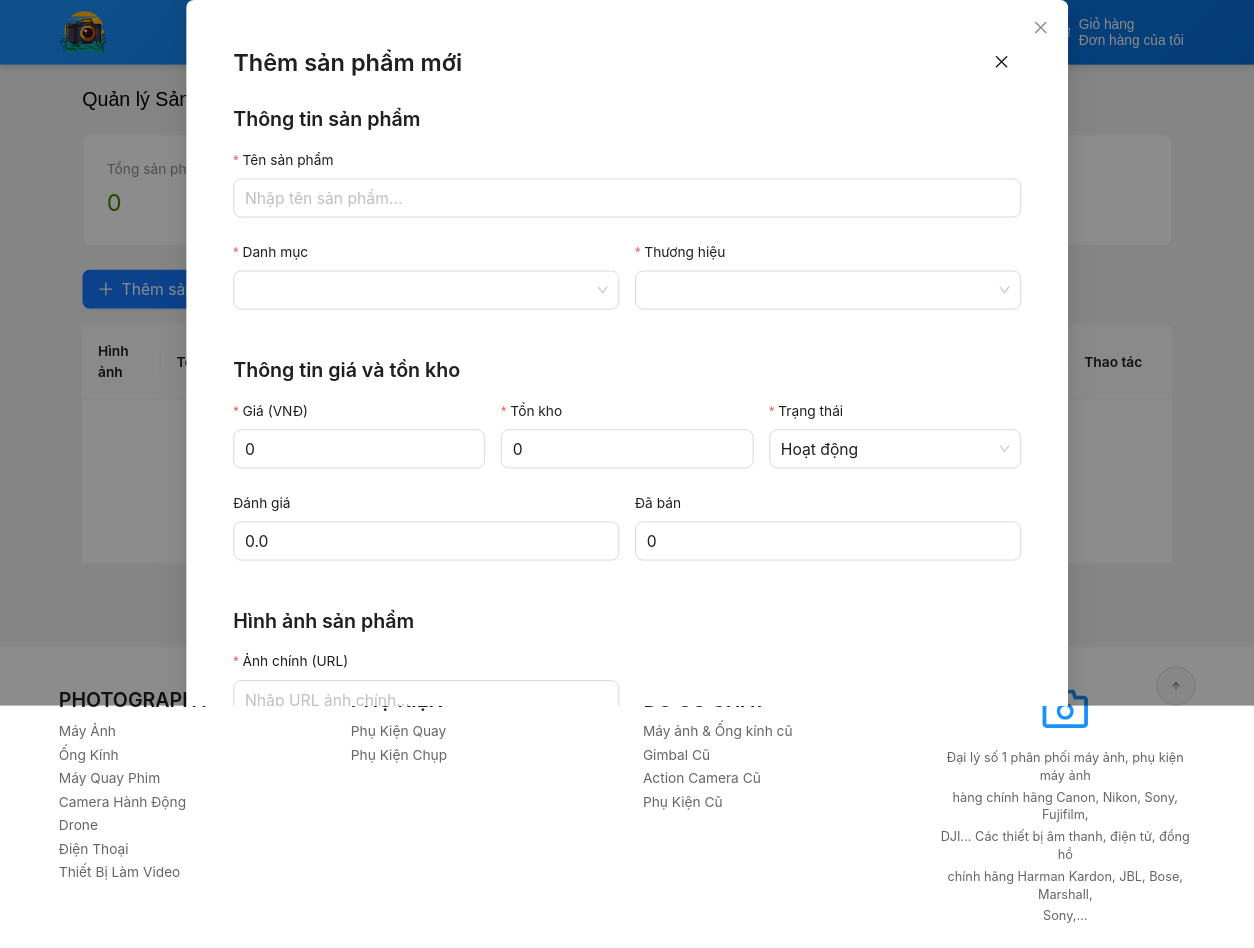
Repository: Drod110324/ThucTapVietNienLuan
Page: /admin/products, after clicking the first element matching `button.ant-btn-primary`
An editor plug-in stored every save of this project. The page is shown before and after the next save, followed by the edit.
The browser window is 1280 px wide. The pictures show the whole page, at 98% of full size.
The page's requests for data from a server got no answer. An inner scrolling area shows only its first screen. The project was rebuilt for these pictures with package versions that can differ from the ones it lists, and the page was loaded fresh each time. No one was signed in, and anything a server would have sent is missing. Also part of the build but not shown: vite.config.js, src/components/TypeProduct/TypeProduct.jsx, src/pages/Homepage/style.js, src/components/SliderComponent/style.js, src/components/SliderComponent/SliderComponent.jsx, src/components/CardComponent/style.js, src/components/CardComponent/CardComponent.jsx, src/components/NavBarComponent/style.js and 24 more.

Above is the page before, as saved 2025-08-22 17:16:04.

### src/main.jsx
import { createRoot } from 'react-dom/client'
import { Provider } from 'react-redux'
import { store } from './redux/store'
import 'antd/dist/reset.css'
import './index.css'
import App from './App.jsx'
import { Fragment } from 'react'
createRoot(document.getElementById('root')).render(
  <Provider store={store}>
    <App />
  </Provider>,
)
export default App;

### src/index.css
@import "slick-carousel/slick/slick.css";
@import "slick-carousel/slick/slick-theme.css";

body {
  background-color: #F2F2F2;
}

body{
    margin: 0;
    padding: 0;
    box-sizing: border-box;
}

html {
    font-size: 62.5%;
}

### src/App.jsx
import React from 'react'
import { BrowserRouter, Routes, Route } from 'react-router-dom'
import { routes } from './routes'
import DefaultComponent from './components/DefaultComponent/DefaultComponent.jsx'
import { Fragment } from 'react/jsx-runtime'
import { ProductProvider } from './context/ProductContext'
import { CartProvider } from './context/CartContext'
import ScrollToTop from './components/ScrollToTop/ScrollToTop'
function App() {
  return(
  <ProductProvider>
    <CartProvider>
      <BrowserRouter>
        <ScrollToTop />
        <div>
          <Routes>
            {routes.map((route) => {
              const Page = route.page
              const Default = route.isShowHeader ? DefaultComponent : Fragment
              return <Route path={route.path} element={<Default><Page /></Default>} key={route.path} />
            })}
          </Routes>
        </div>
      </BrowserRouter>
    </CartProvider>
  </ProductProvider>
  )
}
export default App;

### src/components/DefaultComponent/DefaultComponent.jsx
import React from 'react'
import HeaderComponent from '../HeaderComponent/HeaderComponent'
import FooterComponent from '../FooterComponent/FooterComponent'
export default function DefaultComponent({ children }) {
  return (
    <div>
        <HeaderComponent />
        <div style={{
          maxWidth: '1200px',
          margin: '0 auto',
          padding: '0 20px'
        }}>
          {children}
        </div>
        <FooterComponent />
    </div>
  )
}

### src/context/CartContext.jsx
import React, { useState, useEffect } from 'react';
import { CartContext } from './CartContextInstance';
export const CartProvider = ({ children }) => {
  const [cartItems, setCartItems] = useState([]);
  const [cartCount, setCartCount] = useState(0);
  useEffect(() => {
    const savedCart = localStorage.getItem('cart');
    if (savedCart) {
      try {
        const parsedCart = JSON.parse(savedCart);
        setCartItems(parsedCart);
        updateCartCount(parsedCart);
      } catch (error) {
        console.error('Error parsing cart from localStorage:', error);
        localStorage.removeItem('cart');
      }
    }
  }, []);
  useEffect(() => {
    localStorage.setItem('cart', JSON.stringify(cartItems));
    updateCartCount(cartItems);
  }, [cartItems]);
  const updateCartCount = (items) => {
    const totalCount = items.reduce((total, item) => total + item.quantity, 0);
    setCartCount(totalCount);
  };
  const addToCart = (product, quantity = 1) => {
    setCartItems(prevItems => {
      const existingItem = prevItems.find(item => item._id === product._id);
      if (existingItem) {
        return prevItems.map(item =>
          item._id === product._id
            ? { ...item, quantity: item.quantity + quantity }
            : item
        );
      } else {
        return [...prevItems, {
          _id: product._id,
          name: product.name,
          price: product.price,
          image: product.image,
          quantity: quantity,
          stock: product.stock || 0
        }];
      }
    });
  };
  const removeFromCart = (productId) => {
    setCartItems(prevItems => prevItems.filter(item => item._id !== productId));
  };
  const updateQuantity = (productId, quantity) => {
    if (quantity <= 0) {
      removeFromCart(productId);
      return;
    }
    setCartItems(prevItems =>
      prevItems.map(item =>
        item._id === productId
          ? { ...item, quantity: quantity }
          : item
      )
    );
  };
  const clearCart = () => {
    setCartItems([]);
  };
  const getCartTotal = () => {
    return cartItems.reduce((total, item) => total + (item.price * item.quantity), 0);
  };
  const getCartItemCount = () => {
    return cartItems.reduce((total, item) => total + item.quantity, 0);
  };
  const isInCart = (productId) => {
    return cartItems.some(item => item._id === productId);
  };
  const value = {
    cartItems,
    cartCount,
    addToCart,
    removeFromCart,
    updateQuantity,
    clearCart,
    getCartTotal,
    getCartItemCount,
    isInCart,
  };
  return (
    <CartContext.Provider value={value}>
      {children}
    </CartContext.Provider>
  );
};

### src/components/ScrollToTop/ScrollToTop.jsx
import { useEffect } from 'react';
import { useLocation } from 'react-router-dom';
const ScrollToTop = () => {
  const { pathname, search } = useLocation();
  useEffect(() => {
    const scrollToTop = () => {
      requestAnimationFrame(() => {
        window.scrollTo({
          top: 0,
          left: 0,
          behavior: 'smooth'
        });
      });
    };
    scrollToTop();
  }, [pathname, search]);
  return null;
};
export default ScrollToTop;

### src/components/ButtonComponent/ButtonComponent.jsx
import React from 'react'
import { Button } from 'antd'
const ButtonComponent = (props) => {
    const { size,styleButton, StyleTextButton, textButton, icon, ...rest } = props
  return (
    <div>
      <Button
              size={size}
              icon={icon}
              style={styleButton}
              {...rest}
              >
                <span style={StyleTextButton}>{textButton}</span>
        </Button>
    </div>
  )
}
export default ButtonComponent

### src/components/AddProductForm/AddProductForm.jsx
import React, { useState } from 'react';
import {
  Form,
  Input,
  Select,
  InputNumber,
  Button,
  Row,
  Col,
  Space,
  Typography,
  message,
  Image,
  Divider,
} from 'antd';
import {
  PlusOutlined,
  CloseOutlined,
  SaveOutlined,
} from '@ant-design/icons';

const { Title, Text } = Typography;
const { TextArea } = Input;
const { Option } = Select;

const AddProductForm = ({ onClose, onSuccess }) => {
  const [form] = Form.useForm();
  const [loading, setLoading] = useState(false);
  const [auxiliaryImages, setAuxiliaryImages] = useState([]);

  // Form initial values
  const initialValues = {
    name: '',
    category: '',
    brand: '',
    price: 0,
    stock: 0,
    rating: 0,
    sold: 0,
    status: 'Hoạt động',
    mainImage: '',
    description: '',
  };

  // Available options
  const categories = ['Máy ảnh', 'Ống kính', 'Phụ kiện', 'Gimbal', 'Máy quay'];
  const brands = ['CANON', 'NIKON', 'SONY', 'FUJIFILM', 'DJI', 'GOPRO'];
  const statuses = ['Hoạt động', 'Tạm ngưng', 'Hết hàng'];

  // Handle adding auxiliary image
  const handleAddAuxiliaryImage = () => {
    const newImage = {
      id: Date.now(),
      url: '',
    };
    setAuxiliaryImages([...auxiliaryImages, newImage]);
  };

  // Handle removing auxiliary image
  const handleRemoveAuxiliaryImage = (id) => {
    setAuxiliaryImages(auxiliaryImages.filter(img => img.id !== id));
  };

  // Handle auxiliary image URL change
  const handleAuxiliaryImageChange = (id, url) => {
    setAuxiliaryImages(auxiliaryImages.map(img =>
      img.id === id ? { ...img, url } : img
    ));
  };

  // Handle form submission
  const handleSubmit = async (values) => {
    try {
      setLoading(true);

      // Prepare product data
      const productData = {
        ...values,
        auxiliaryImages: auxiliaryImages
          .filter(img => img.url.trim())
          .map(img => img.url),
        createdAt: new Date().toISOString(),
        updatedAt: new Date().toISOString(),
      };

      // Send to backend
      const response = await fetch('http://localhost:5000/api/products', {
        method: 'POST',
        headers: {
          'Content-Type': 'application/json',
        },
        body: JSON.stringify(productData),
      });

      if (!response.ok) {
        throw new Error('Failed to create product');
      }

      const result = await response.json();

      message.success('Thêm sản phẩm thành công!');
      form.resetFields();
      setAuxiliaryImages([]);

      if (onSuccess) {
        onSuccess(result.product);
      }

    } catch (error) {
      console.error('Error creating product:', error);
      message.error('Có lỗi xảy ra khi thêm sản phẩm. Vui lòng thử lại!');
    } finally {
      setLoading(false);
    }
  };

  // Handle cancel
  const handleCancel = () => {
    if (onClose) {
      onClose();
    }
  };

  return (
    <div style={{ padding: '24px' }}>
      {/* Header */}
      <div style={{ display: 'flex', justifyContent: 'space-between', alignItems: 'center', marginBottom: '24px' }}>
        <Title level={3} style={{ margin: 0 }}>Thêm sản phẩm mới</Title>
        <Button
          type="text"
          icon={<CloseOutlined />}
          onClick={handleCancel}
          size="large"
        />
      </div>

        <Form
          form={form}
          layout="vertical"
          initialValues={initialValues}
          onFinish={handleSubmit}
          requiredMark={true}
        >
          {/* Product Information */}
          <Title level={4} style={{ marginBottom: '16px' }}>Thông tin sản phẩm</Title>

          <Row gutter={16}>
            <Col span={24}>
              <Form.Item
                name="name"
                label="Tên sản phẩm"
                rules={[{ required: true, message: 'Vui lòng nhập tên sản phẩm!' }]}
              >
                <Input
                  placeholder="Nhập tên sản phẩm..."
                  size="large"
                />
              </Form.Item>
            </Col>
          </Row>

          <Row gutter={16}>
            <Col span={12}>
              <Form.Item
                name="category"
                label="Danh mục"
                rules={[{ required: true, message: 'Vui lòng chọn danh mục!' }]}
              >
                <Select placeholder="Chọn danh mục" size="large">
                  {categories.map(category => (
                    <Option key={category} value={category}>{category}</Option>
                  ))}
                </Select>
              </Form.Item>
            </Col>
            <Col span={12}>
              <Form.Item
                name="brand"
                label="Thương hiệu"
                rules={[{ required: true, message: 'Vui lòng chọn thương hiệu!' }]}
              >
                <Select placeholder="Chọn thương hiệu" size="large">
                  {brands.map(brand => (
                    <Option key={brand} value={brand}>{brand}</Option>
                  ))}
                </Select>
              </Form.Item>
            </Col>
          </Row>

          {/* Pricing and Stock Information */}
          <Title level={4} style={{ marginBottom: '16px', marginTop: '24px' }}>Thông tin giá và tồn kho</Title>

          <Row gutter={16}>
            <Col span={8}>
              <Form.Item
                name="price"
                label="Giá (VNĐ)"
                rules={[{ required: true, message: 'Vui lòng nhập giá!' }]}
              >
                <InputNumber
                  placeholder="0"
                  size="large"
                  style={{ width: '100%' }}
                  formatter={value => `${value}`.replace(/\B(?=(\d{3})+(?!\d))/g, ',')}
                  parser={value => value.replace(/\$\s?|(,*)/g, '')}
                  min={0}
                />
              </Form.Item>
            </Col>
            <Col span={8}>
              <Form.Item
                name="stock"
                label="Tồn kho"
                rules={[{ required: true, message: 'Vui lòng nhập số lượng tồn kho!' }]}
              >
                <InputNumber
                  placeholder="0"
                  size="large"
                  style={{ width: '100%' }}
                  min={0}
                />
              </Form.Item>
            </Col>
            <Col span={8}>
              <Form.Item
                name="status"
                label="Trạng thái"
                rules={[{ required: true, message: 'Vui lòng chọn trạng thái!' }]}
              >
                <Select placeholder="Chọn trạng thái" size="large">
                  {statuses.map(status => (
                    <Option key={status} value={status}>{status}</Option>
                  ))}
                </Select>
              </Form.Item>
            </Col>
          </Row>

          <Row gutter={16}>
            <Col span={12}>
              <Form.Item
                name="rating"
                label="Đánh giá"
              >
                <InputNumber
                  placeholder="0.0"
                  size="large"
                  style={{ width: '100%' }}
                  min={0}
                  max={5}
                  step={0.1}
                />
              </Form.Item>
            </Col>
            <Col span={12}>
              <Form.Item
                name="sold"
                label="Đã bán"
              >
                <InputNumber
                  placeholder="0"
                  size="large"
                  style={{ width: '100%' }}
                  min={0}
                />
              </Form.Item>
            </Col>
          </Row>

          {/* Image Upload Section */}
          <Title level={4} style={{ marginBottom: '16px', marginTop: '24px' }}>Hình ảnh sản phẩm</Title>

          <Row gutter={16}>
            <Col span={12}>
              <Form.Item
                name="mainImage"
                label="Ảnh chính (URL)"
                rules={[{ required: true, message: 'Vui lòng nhập URL ảnh chính!' }]}
              >
                <Input
                  placeholder="Nhập URL ảnh chính..."
                  size="large"
                />
              </Form.Item>
            </Col>
            <Col span={12}>
              <div style={{ marginTop: '32px' }}>
                <Form.Item name="mainImagePreview" label=" ">
                  {form.getFieldValue('mainImage') && (
                    <Image
                      width={80}
                      height={80}
                      src={form.getFieldValue('mainImage')}
                      alt="Ảnh chính"
                      style={{ objectFit: 'cover', borderRadius: '4px' }}
                    />
                  )}
                </Form.Item>
              </div>
            </Col>
          </Row>

          <Form.Item label="Ảnh phụ (URLs)">
            {auxiliaryImages.map((image) => (
              <div key={image.id} style={{ display: 'flex', alignItems: 'center', marginBottom: '8px' }}>
                <Input
                  placeholder="Nhập URL ảnh phụ..."
                  value={image.url}
                  onChange={(e) => handleAuxiliaryImageChange(image.id, e.target.value)}
                  style={{ flex: 1, marginRight: '8px' }}
                  size="large"
                />
                <Button
                  type="text"
                  icon={<CloseOutlined />}
                  onClick={() => handleRemoveAuxiliaryImage(image.id)}
                  danger
                  size="large"
                />
              </div>
            ))}

            <Button
              type="dashed"
              icon={<PlusOutlined />}
              onClick={handleAddAuxiliaryImage}
              size="large"
              style={{ width: '100%', marginTop: '8px' }}
            >
              Thêm ảnh phụ
            </Button>

            {/* Preview auxiliary images */}
            {auxiliaryImages.length > 0 && (
              <div style={{ marginTop: '16px' }}>
                <Text type="secondary">Xem trước ảnh phụ:</Text>
                <div style={{ display: 'flex', gap: '8px', marginTop: '8px', flexWrap: 'wrap' }}>
                  {auxiliaryImages
                    .filter(img => img.url.trim())
                    .map((image) => (
                      <Image
                        key={image.id}
                        width={60}
                        height={60}
                        src={image.url}
                        alt="Ảnh phụ"
                        style={{ objectFit: 'cover', borderRadius: '4px' }}
                      />
                    ))}
                </div>
              </div>
            )}
          </Form.Item>

          {/* Description */}
          <Title level={4} style={{ marginBottom: '16px', marginTop: '24px' }}>Mô tả sản phẩm</Title>

          <Form.Item
            name="description"
            label="Mô tả"
            rules={[{ required: true, message: 'Vui lòng nhập mô tả sản phẩm!' }]}
          >
            <TextArea
              rows={4}
              placeholder="Nhập mô tả chi tiết về sản phẩm..."
              size="large"
            />
          </Form.Item>

          <Divider />

          {/* Action Buttons */}
          <div style={{ display: 'flex', gap: '16px', justifyContent: 'flex-start' }}>
            <Button
              type="primary"
              icon={<SaveOutlined />}
              htmlType="submit"
              size="large"
              loading={loading}
              style={{ minWidth: '120px' }}
            >
              Thêm sản phẩm
            </Button>
            <Button
              icon={<CloseOutlined />}
              onClick={handleCancel}
              size="large"
              style={{ minWidth: '120px' }}
            >
              Hủy
            </Button>
          </div>
        </Form>
      </div>
    );
};

export default AddProductForm;

### src/components/ButtonInputSearch/ButtonInputSearch.jsx
import React, { useState } from 'react'
import { SearchOutlined } from '@ant-design/icons'
import InputComponent from '../InputComponet/InputComponent'
import ButtonComponent from '../ButtonComponent/ButtonComponent'
const ButtonInputSearch = (props) => {
    const { placeholder, size, textButton, bordered, colorButton, border, onSearch, ...rest } = props
    const [searchValue, setSearchValue] = useState('')

    const handleSearch = () => {
        if (onSearch && searchValue.trim()) {
            onSearch(searchValue.trim())
        }
    }

    const handleKeyPress = (e) => {
        if (e.key === 'Enter') {
            handleSearch()
        }
    }

    return (
        <div style={{
            display: 'flex',
            gap: 0,
            padding: '5px',
            width: '100%',
            maxWidth: 650,
            boxSizing: 'border-box'
        }}>
            <InputComponent
                size={size}
                placeholder={placeholder}
                value={searchValue}
                onChange={(e) => setSearchValue(e.target.value)}
                onKeyPress={handleKeyPress}
                style={{
                    flex: 1,
                    minWidth: 600,
                    borderTopRightRadius: 0,
                    borderBottomRightRadius: 0,
                    borderRight: 'none',
                }}
                {...rest}
            />
            <ButtonComponent
                size={size}
                icon={<SearchOutlined />}
                bordered={bordered}
                onClick={handleSearch}
                style={{
                    minWidth: 50,
                    backgroundColor: '#0a5d87',
                    color: '#fff',
                    borderTopLeftRadius: 0,
                    borderBottomLeftRadius: 0,
                    borderLeft: 'none',
                    boxShadow: 'none',
                    border: border ? border : 'none'
                }}
                {...rest}
            ><span style={{ color: colorButton }}>{textButton}</span>
            </ButtonComponent>
        </div>
    )
}
export default ButtonInputSearch

### src/components/InputComponet/InputComponent.jsx
import React from 'react'
import { Input } from 'antd'
const InputComponent = (props) => {
    const { placeholder, size, ...rest} = props
  return (
    <div>
        <Input
                placeholder={placeholder}
                size={size}
                style={{
                    borderTopRightRadius: 0,
                    borderBottomRightRadius: 0,
                    borderRight: 'none'
                }}
                {...rest}
        />
    </div>
  )
}
export default InputComponent

Loaded but not shown: index.html (common file); src/routes/index.js (100 lines, source omitted); src/components/FooterComponent/style.js (66 lines, source omitted); src/constants/brands.js (52 lines, source omitted); src/redux/slide/counterSlide.js (21 lines, source omitted); src/context/useCart.js (9 lines, source omitted); src/redux/store.js (7 lines, source omitted); src/constants/categories.js (7 lines, source omitted); src/context/ProductContextInstance.js (2 lines, source omitted); src/context/CartContextInstance.js (2 lines, source omitted); src/pages/AdminProductPage/AdminProductPage.jsx (641 lines, source omitted); src/components/HeaderComponent/HeaderComponent.jsx (309 lines, source omitted); src/context/ProductContext.jsx (149 lines, source omitted); src/components/FooterComponent/FooterComponent.jsx (78 lines, source omitted)

After the next save:
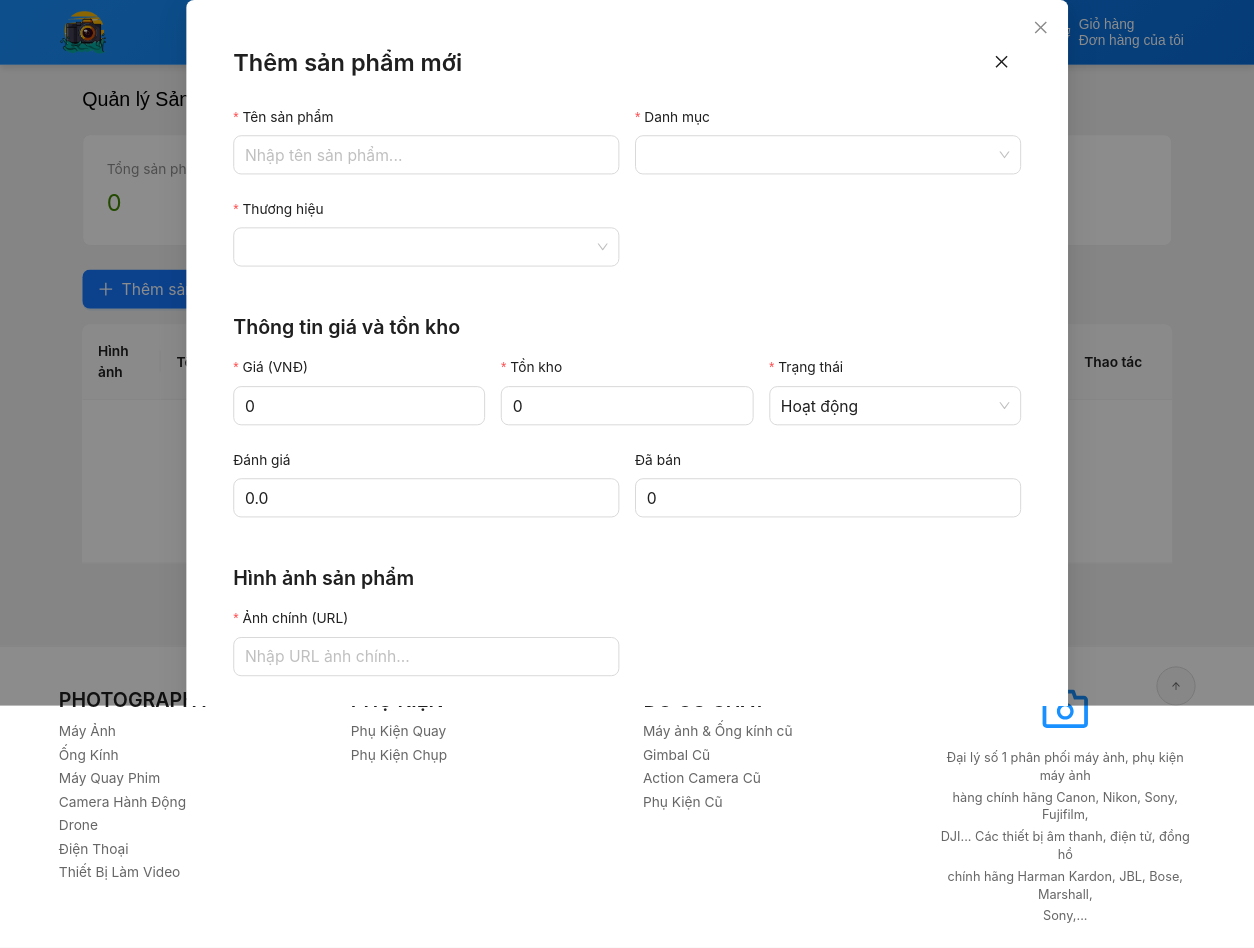
Saved 20 s later.
--- a/src/components/AddProductForm/AddProductForm.jsx
+++ b/src/components/AddProductForm/AddProductForm.jsx
@@ -142,10 +142,8 @@ const AddProductForm = ({ onClose, onSuccess }) => {
           requiredMark={true}
         >
           {/* Product Information */}
-          <Title level={4} style={{ marginBottom: '16px' }}>Thông tin sản phẩm</Title>
-
-          <Row gutter={16}>
-            <Col span={24}>
+          <Row gutter={16}>
+            <Col span={12}>
               <Form.Item
                 name="name"
                 label="Tên sản phẩm"
@@ -157,9 +155,6 @@ const AddProductForm = ({ onClose, onSuccess }) => {
                 />
               </Form.Item>
             </Col>
-          </Row>
-
-          <Row gutter={16}>
             <Col span={12}>
               <Form.Item
                 name="category"
@@ -173,6 +168,9 @@ const AddProductForm = ({ onClose, onSuccess }) => {
                 </Select>
               </Form.Item>
             </Col>
+          </Row>
+
+          <Row gutter={16}>
             <Col span={12}>
               <Form.Item
                 name="brand"
